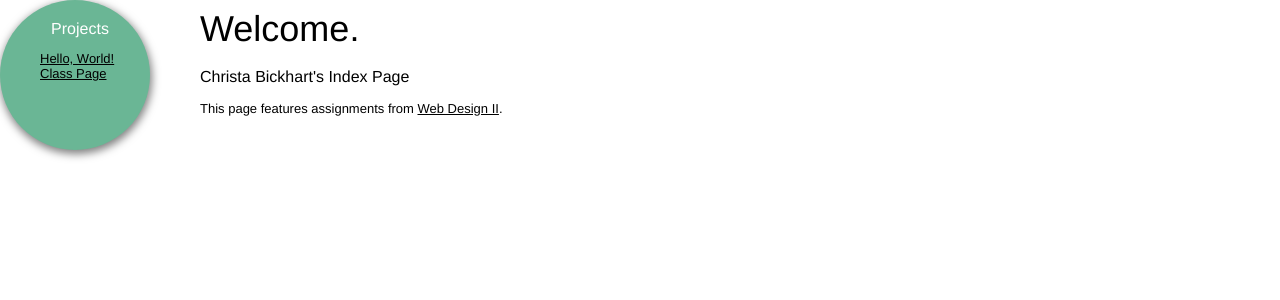
Repository: cbickhar/cbickhar.github.io
Page: index.html
The author's editor kept a record of every edit. The page is drawn from the files as they stood at one moment, then again after the next edit.
The browser window is 1280 px wide. The pictures show the whole page.

Above is the page before.

### index.html
<html>
    <head>
        <title>Christa Bickhart - Index Page</title>
        <link href="styles.css" rel="stylesheet" type="text/css">
    </head>
        <div class= "header">Welcome.</div>
        <div class="subhead">Christa Bickhart's Index Page</div>
        <br>
    <body>
        This page features assignments from <a href="http://www.web2.ga">Web Design II</a>.
                <div class = "circle"></div>
                <br>
                <div class = "triangle"></div>
    </body>
    <div class = "sidebar">
        <div class = "sidebarhead">Projects</div>
        <ol>
            <li> <a href="project_1/project_1.html">Hello, World!</a></li>
            <li> <a href="project_2/index.html">Class Page</a></li>
        </ol>
        </div>


</html>

### styles.css
body {
    background-color: #fff;
    font-size: 13px;
    font-family: avenir, helvetica, sans-serif;
    color: black;
    text-align: left;
    width: 400px;
    margin-left: 200px;
}

a {
    color: black;
    text-decoration: underline;
}

a:hover {
    color: white;
}

.header {
    font-family: avenir, helvetica, sans-serif;
    height: 40px;
    width: 400px;
    font-size: 36px;
    margin-bottom: 20px;
}

.subhead {
    font-family: avenir, helvetica, sans-serif;
    font-size: 16px;
    width: 400px;
}

.sidebar {
    font-family: avenir, helvetica, sans-serif;
	font-size: 13px;
	position: fixed;
	background-color: #6ab695;
	color: white;
	width: 170px;
	height: 100%;
	top: 0px;
	left: 0px;
	margin-left: 0;
	text-align: center;
	margin: 0 auto;
	box-shadow: 1px 3px 8px 1px rgba(0, 0, 0, .5);

	    width: 150px;
    height: 150px;
    background-color: #6ab695;
    border-radius: 100px;

}

.sidebarhead {
    font-size: 16px;
    margin-top: 20px;
    margin-left: 10px;
}

ol {
    list-style-type: none;
    text-align: left;
    width: 100;
}

.circle {

}

After the next edit:
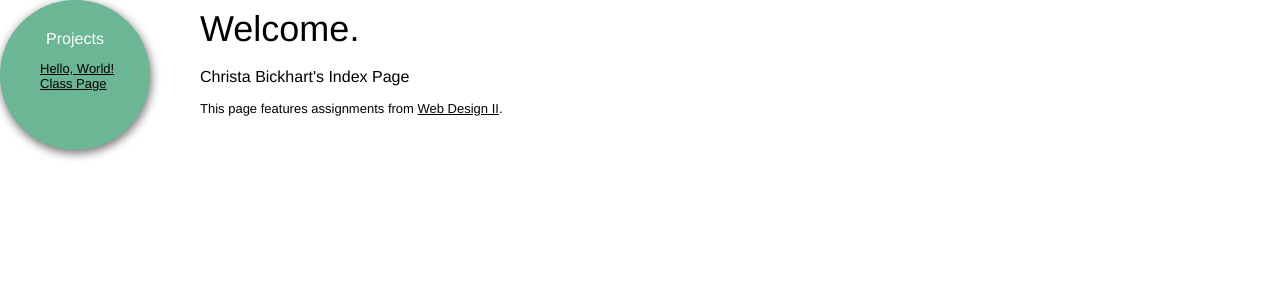
The edit:
--- a/styles.css
+++ b/styles.css
@@ -55,8 +55,8 @@
 
 .sidebarhead {
     font-size: 16px;
-    margin-top: 20px;
-    margin-left: 10px;
+    margin-top: 30px;
+    margin-left: 0px;
 }
 
 ol {
